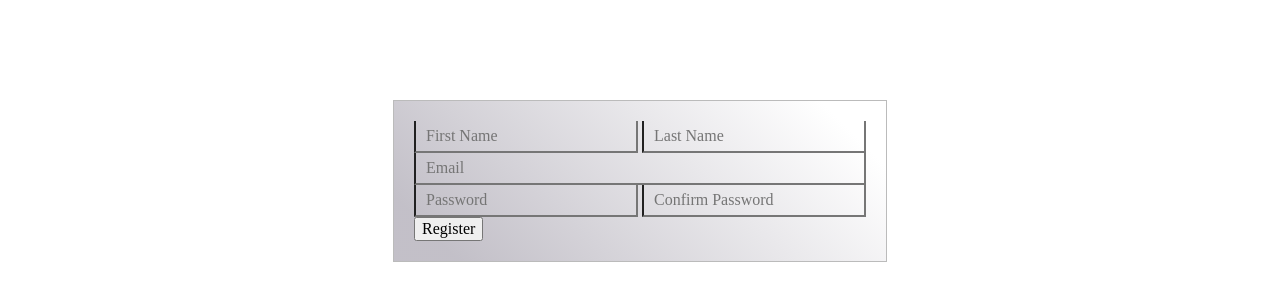
Repository: AMAmine89/vanilla-projects
Page: formo/index.html
These files come from the project's save history. The page is drawn as it stood at one moment and after the next save; the edit follows.
The browser window is 1280 px wide. The pictures show the whole page.

Above is the page before, as saved 2021-05-05 04:33:17.

### formo/index.html
<!DOCTYPE html>
<html lang="en">
<head>
    <meta charset="UTF-8">
    <meta http-equiv="X-UA-Compatible" content="IE=edge">
    <meta name="viewport" content="width=device-width, initial-scale=1.0">
    <link rel="stylesheet" href="css/normalize.css">
    <link rel="stylesheet" href="style.css">
    <title>Formo</title>
</head>
<body>
    <section>
        <form>
            <div class="double-block">
                <input type="text" name="first-name" placeholder="First Name">
                <input type="text" name="last-name" placeholder="Last Name">
            </div>
            <div>
                <input type="email" name="email" placeholder="Email">
            </div>
            <div class="double-block">
                <input type="password" name="password" placeholder="Password">
                <input type="password" name="confirm-password" placeholder="Confirm Password">
            </div>
            <div>
                <input type="submit" value="Register">
            </div>
        </form>
    </section>
</body>
</html>

### formo/style.css
section {
    display: flex;
    justify-content: center;
    margin-top: 100px;
}

form {
    background: linear-gradient(45deg, rgba(29, 18, 49, 0.267) 10%, white 90%);
    padding: 20px;
    border: 1px solid rgb(187, 187, 187);
    border-radius: 0%;
    -webkit-border-radius: 0%;
    -moz-border-radius: 0%;
    -ms-border-radius: 0%;
    -o-border-radius: 0%;
}

div {

}

input:not(input[type="submit"]) {
    padding: 5px 10px;
    height: 20px;
    background: transparent;
    border-top: none;

}

input[type="email"] {
    width: -webkit-fill-available;
}

Loaded but not shown: formo/normalize.css (library)

After the next save:
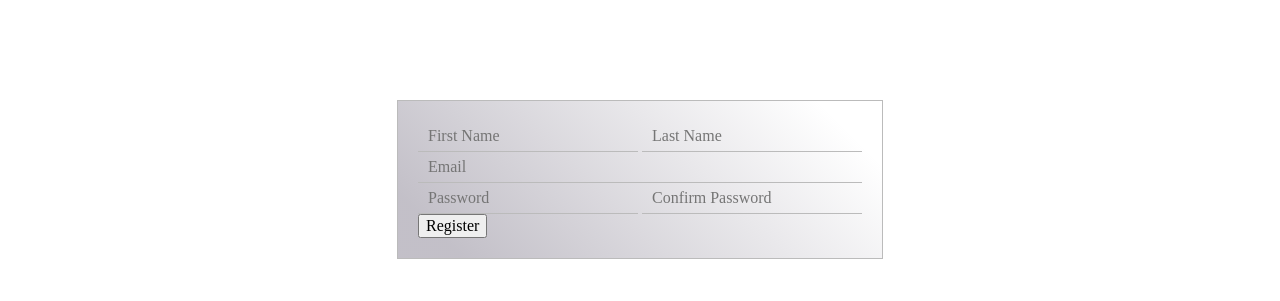
Saved 39 s later.
--- a/formo/style.css
+++ b/formo/style.css
@@ -24,7 +24,9 @@ input:not(input[type="submit"]) {
     height: 20px;
     background: transparent;
     border-top: none;
-
+    border-right: none;
+    border-left: none;
+    border-bottom: 1px solid rgb(187, 187, 187);
 }
 
 input[type="email"] {
